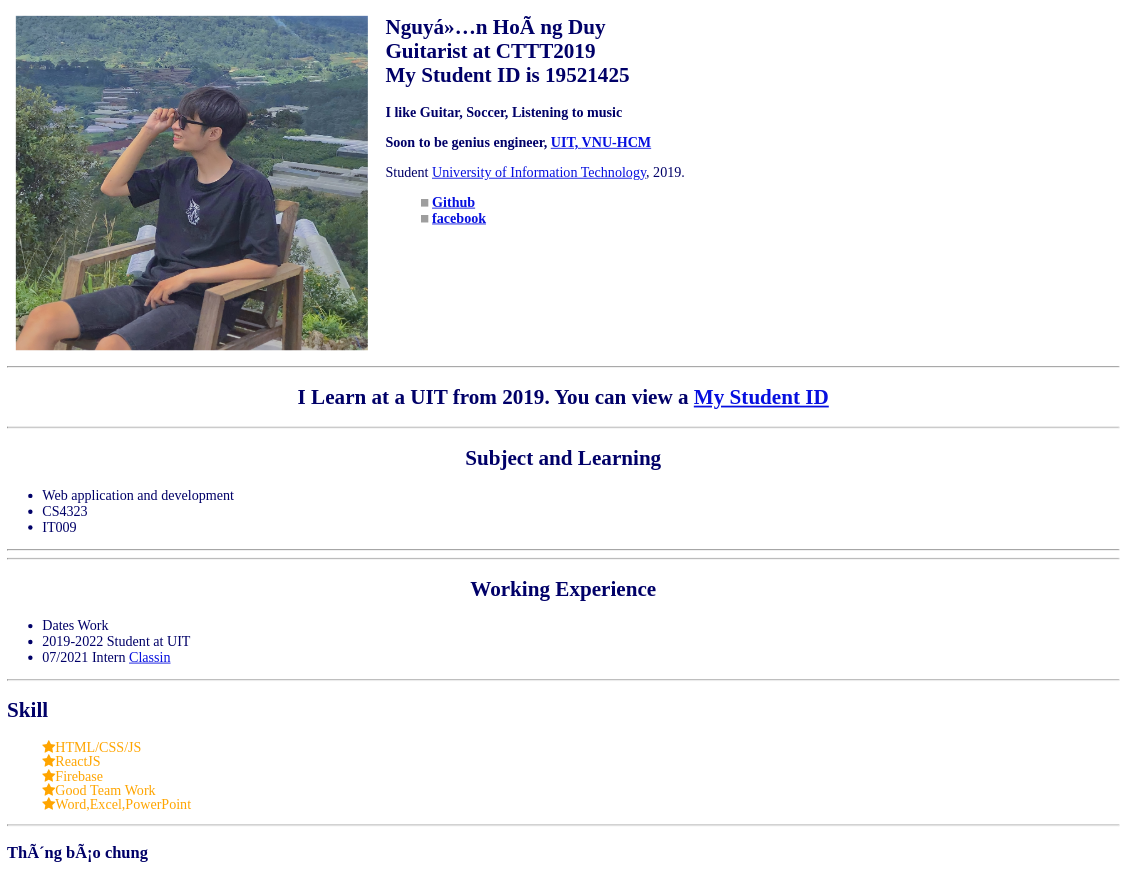
Repository: HoangDuy315/web-dev2022
Page: ex2.html
An editor plug-in stored every save of this project. The page is shown before and after the next save, followed by the edit.
The browser window is 1280 px wide. The pictures show the whole page, at 88% of full size.
Pictures or frames that could not be fetched are drawn as grey boxes.

Above is the page before, as saved 2022-09-22 15:25:01.

After the next save:
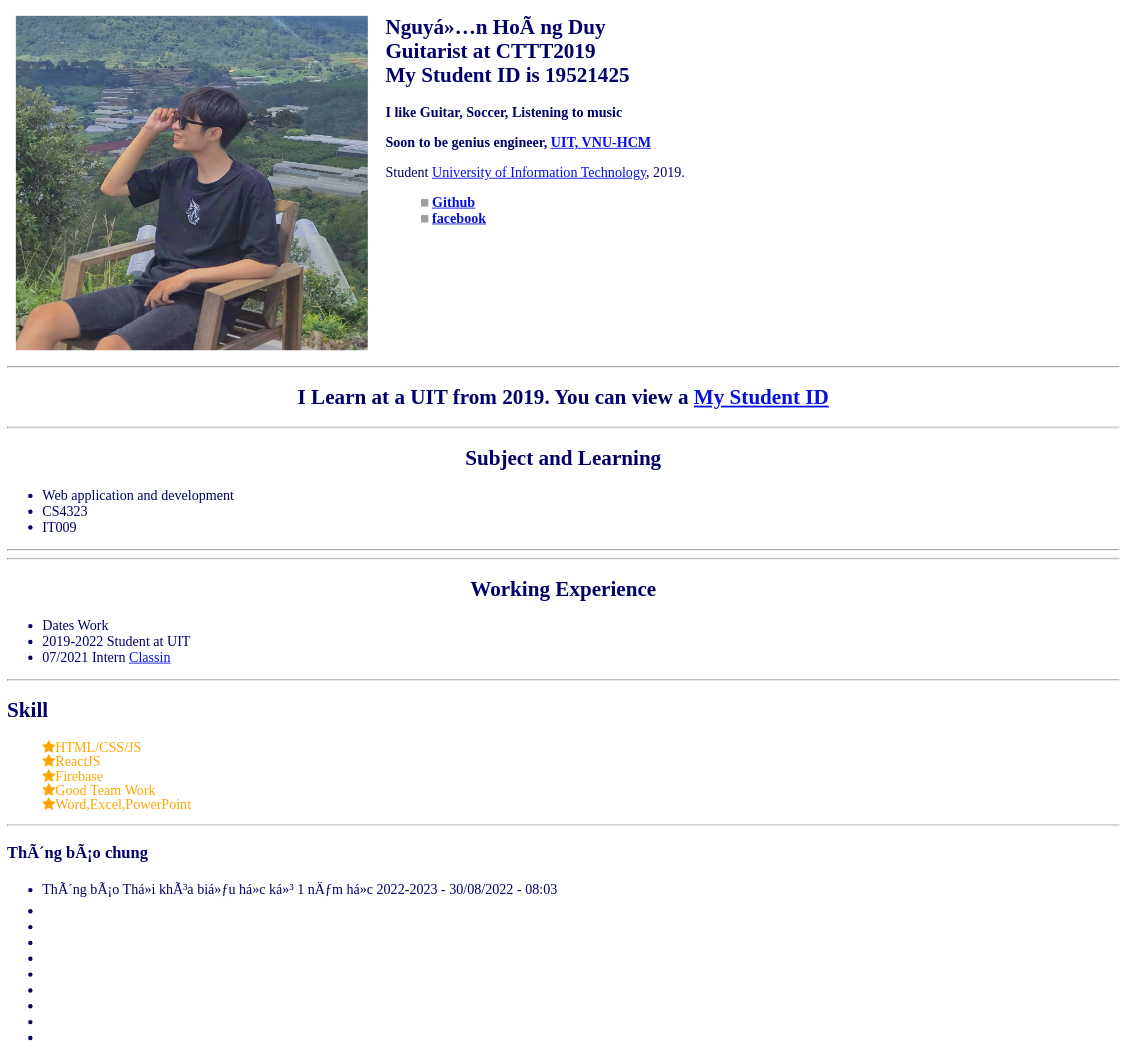
Saved 117 s later.
--- a/ex2.html
+++ b/ex2.html
@@ -92,6 +92,18 @@ Student <a href="https://www.uit.edu.vn/">University of Information Technology</
 <hr>
     <h3>Thông báo chung</h3>
 </hr>
+<ul>
+    <li>Thông báo Thời khóa biểu học kỳ 1 năm học 2022-2023 - 30/08/2022 - 08:03</li>
+    <li></li>
+    <li></li>
+    <li></li>
+    <li></li>
+    <li></li>
+    <li></li>
+    <li></li>
+    <li></li>
+    <li></li>
+</ul>
 
 </script>
 
